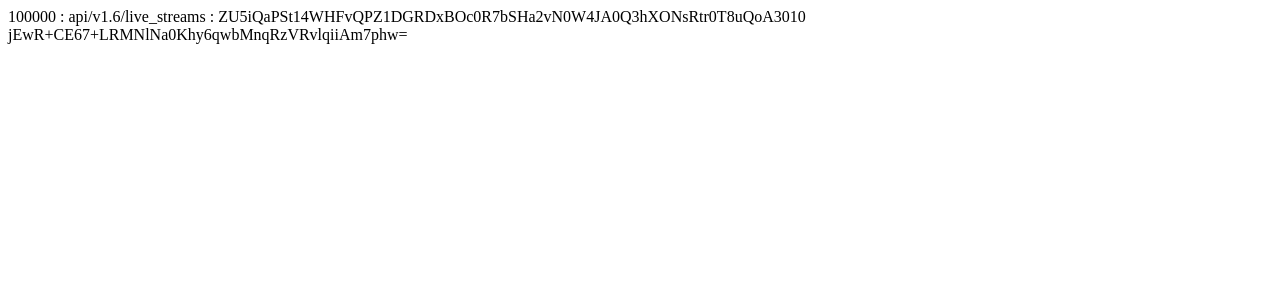
Repository: junhyeongShin/comunity_app
Page: http://localhost/Broadcast/curl copy.php
These files come from the project's save history. The page is drawn as it stood at one moment and after the next save; the edit follows.
The browser window is 1280 px wide. The pictures show the whole page.
The page is run by PHP 8.4 with error messages shown; the project is at /var/www/html/.

Above is the page before, as saved 2021-05-28 13:42:30.

After the next save:
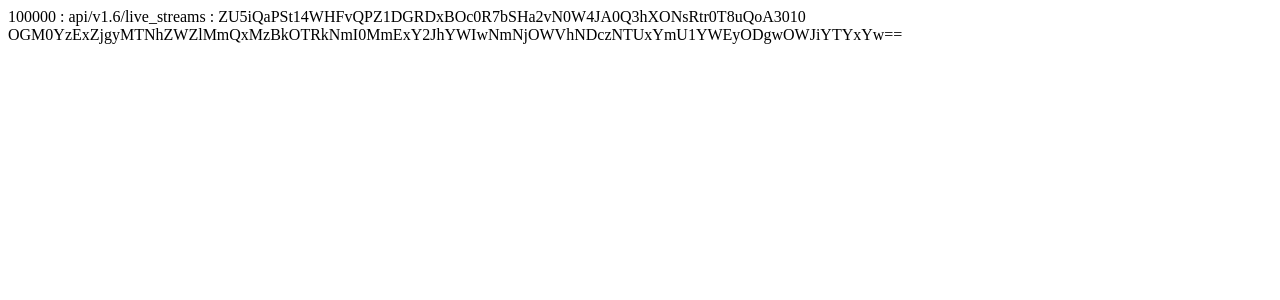
Saved 14 s later.
--- a/Broadcast/curl copy.php
+++ b/Broadcast/curl copy.php
@@ -8,7 +8,7 @@
 echo $hmacData;
 echo '<br>';
 
-$hash_key = base64_encode(hash_hmac('sha256',$hmacData,$wscApiKey,true));
+$hash_key = base64_encode(hash_hmac('sha256',$hmacData,$wscApiKey,false));
 echo $hash_key;
 echo '<br>';
 

After the save that followed:
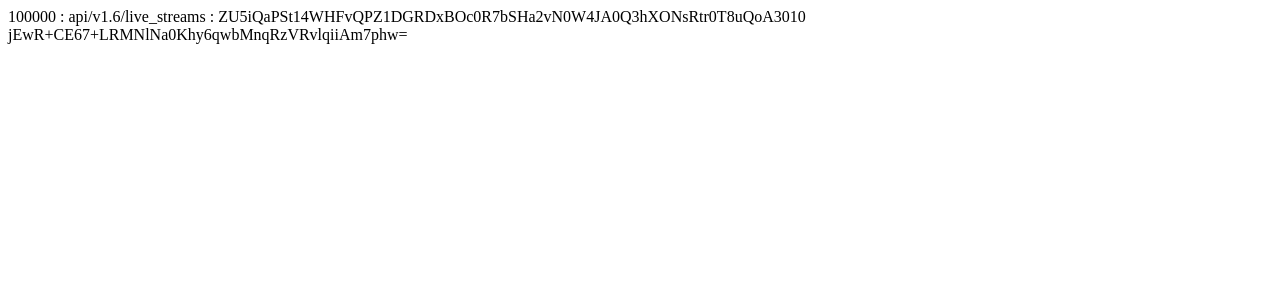
Saved 8 s later.
--- a/Broadcast/curl copy.php
+++ b/Broadcast/curl copy.php
@@ -8,7 +8,7 @@
 echo $hmacData;
 echo '<br>';
 
-$hash_key = base64_encode(hash_hmac('sha256',$hmacData,$wscApiKey,false));
+$hash_key = base64_encode(hash_hmac('sha256',$hmacData,$wscApiKey,true));
 echo $hash_key;
 echo '<br>';
 
